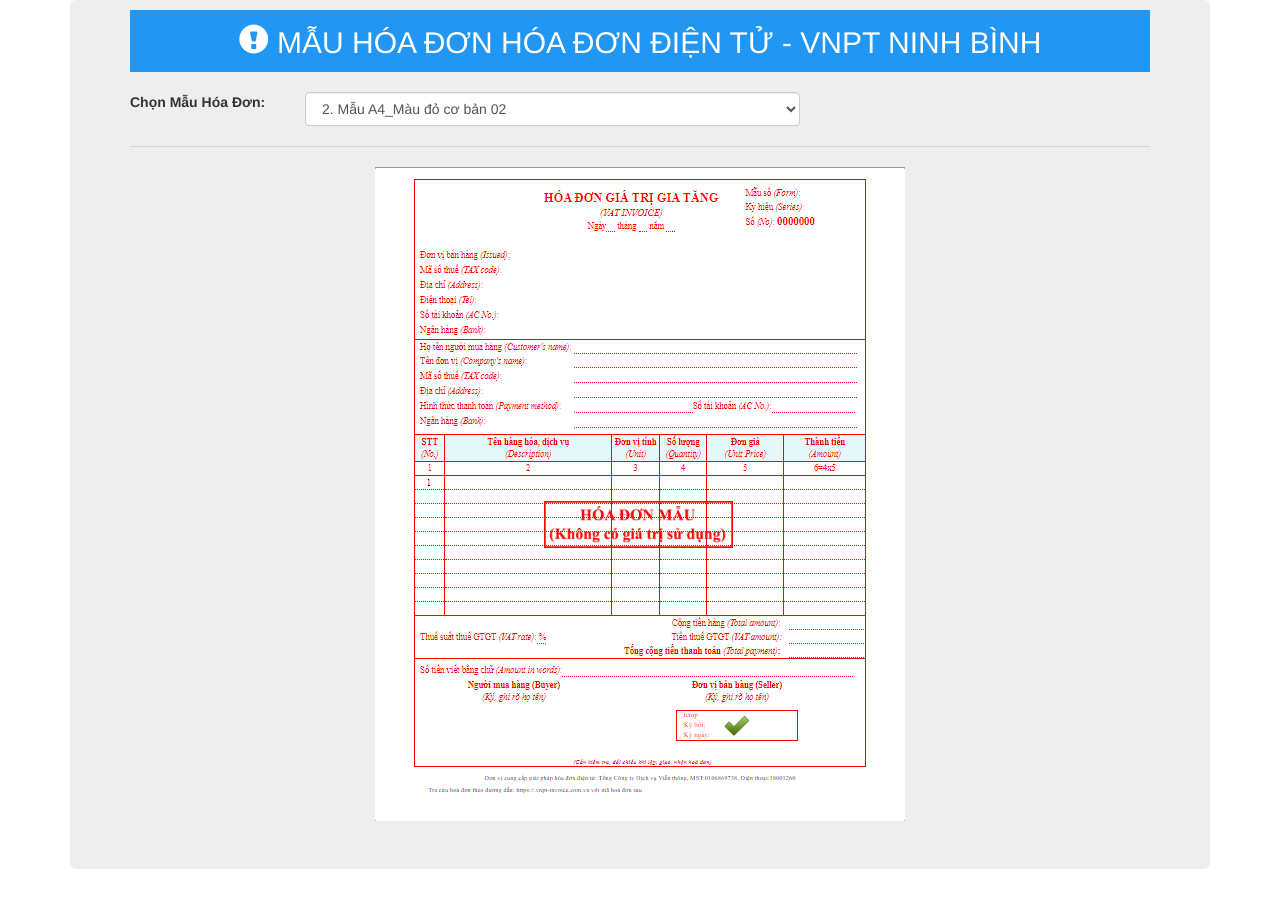
Repository: hoadonvnptninhbinh/hoadonvnptninhbinh
Page: index.html
The author's editor kept a copy of each file at every save. The page is drawn from the files as they stood at one save, then again after the next save.
The browser window is 1280 px wide. The pictures show the whole page.
After loading, the first visible `#selMHD` was changed once.

Above is the page before, as saved 2020-04-07 14:58:39.

### index.html
<!DOCTYPE html>
<html lang="en">
  <head>
    <meta charset="utf-8">
    <meta http-equiv="X-UA-Compatible" content="IE=edge">
    <meta name="viewport" content="width=device-width, initial-scale=1">
    <!-- The above 3 meta tags *must* come first in the head; any other head content must come *after* these tags -->
    <title>VNPT Ninh Bình - Mẫu Hóa Đơn HDĐT</title>

    <!-- Bootstrap -->
    <link href="plugin/bootstrap/css/bootstrap.min.css" rel="stylesheet">
    <link href="plugin/bootstrap/css/bootstrap-theme.min.css" rel="stylesheet">
    <link href="css/style.css" rel="stylesheet">

  </head>
  <body>
      <div class='container'>
          <div class="jumbotron">
            <div class="header">
                <h2 style="text-align: center;"><span class="glyphicon glyphicon-exclamation-sign"></span> MẪU HÓA ĐƠN HÓA ĐƠN ĐIỆN TỬ - VNPT NINH BÌNH</h2>
              </div>
            <div class="row">
                <div class="form-group">
                    <label for="inputPassword" class="col-sm-2 col-form-label">Chọn Mẫu Hóa Đơn:</label>
                    <div class="col-sm-6">
                        <select class="form-control" id="selMHD">
                            <option value="a4_01">1. Mẫu A4_Màu đỏ cơ bản</option>
                            <option value="a4_02">2. Mẫu A4_Màu đỏ cơ bản 02</option>
                            <option value="a4_03">3. Mẫu A4_Màu đỏ hoa văn</option>
                            <option value="a4_04">4. Mẫu A4_Màu đỏ trống đồng</option>
                            <option value="a4_05">5. Mẫu A4_Màu đồng hoa văn</option>
                            <option value="a4_06">6. Mẫu A4_Màu xanh cơ bản</option>
                            <option value="a4_07">7. Mẫu A4_Màu xanh không trống đồng</option>
                            <option value="a4_08">8. Mẫu A4_Màu xanh trống đồng 02</option>
                            <option value="a4_09">9. Mẫu A4_Màu xanh trống đồng</option>
                            <option value="a5_01">10. Mẫu A5_Bệnh viện</option>
                            <option value="a5_02">11. Mẫu A5_Biên lai</option>
                            <option value="a5_03">12. Mẫu A5_Hóa đơn</option>
                            <option value="a5_04">13. Mẫu A5_Trường học</option>
                          </select>
                    </div>
                </div>
            </div>
            <hr>
            <div class="row">
                <img class="select-mhd" id="image_hddt" src="image/a4_01.png"/>
            </div>
          </div>
      </div>

    <!-- jQuery (necessary for Bootstrap's JavaScript plugins) -->
    <script src="js/jquery.min.js"></script>
    <!-- Include all compiled plugins (below), or include individual files as needed -->
    <script src="plugin/bootstrap/js/bootstrap.min.js"></script>
    <script src="js/index.js"></script>

  </body>
</html>

### css/style.css
.alert {
    padding: 0px !important;
}

.select-mhd {
    display: block;
    margin: 0 auto;
}


.jumbotron {
    padding-top: 10px !important;
}

.header {
    color: #fff!important;
    background-color: #2196F3!important;
    padding: 3px 0px;
    margin-bottom: 20px !important;
}

h2 {
    margin-top: 10px !important;
}

### js/index.js
$(function() {
    $('#selMHD').change(function() {
        var srcImage = 'image/' + $(this).val() + '.png';
        $("#my_image").attr("src", srcImage);
    });
})

Loaded but not shown: plugin/bootstrap/css/bootstrap.min.css (library); plugin/bootstrap/css/bootstrap-theme.min.css (library); js/jquery.min.js (library); plugin/bootstrap/js/bootstrap.min.js (library)

After the next save:
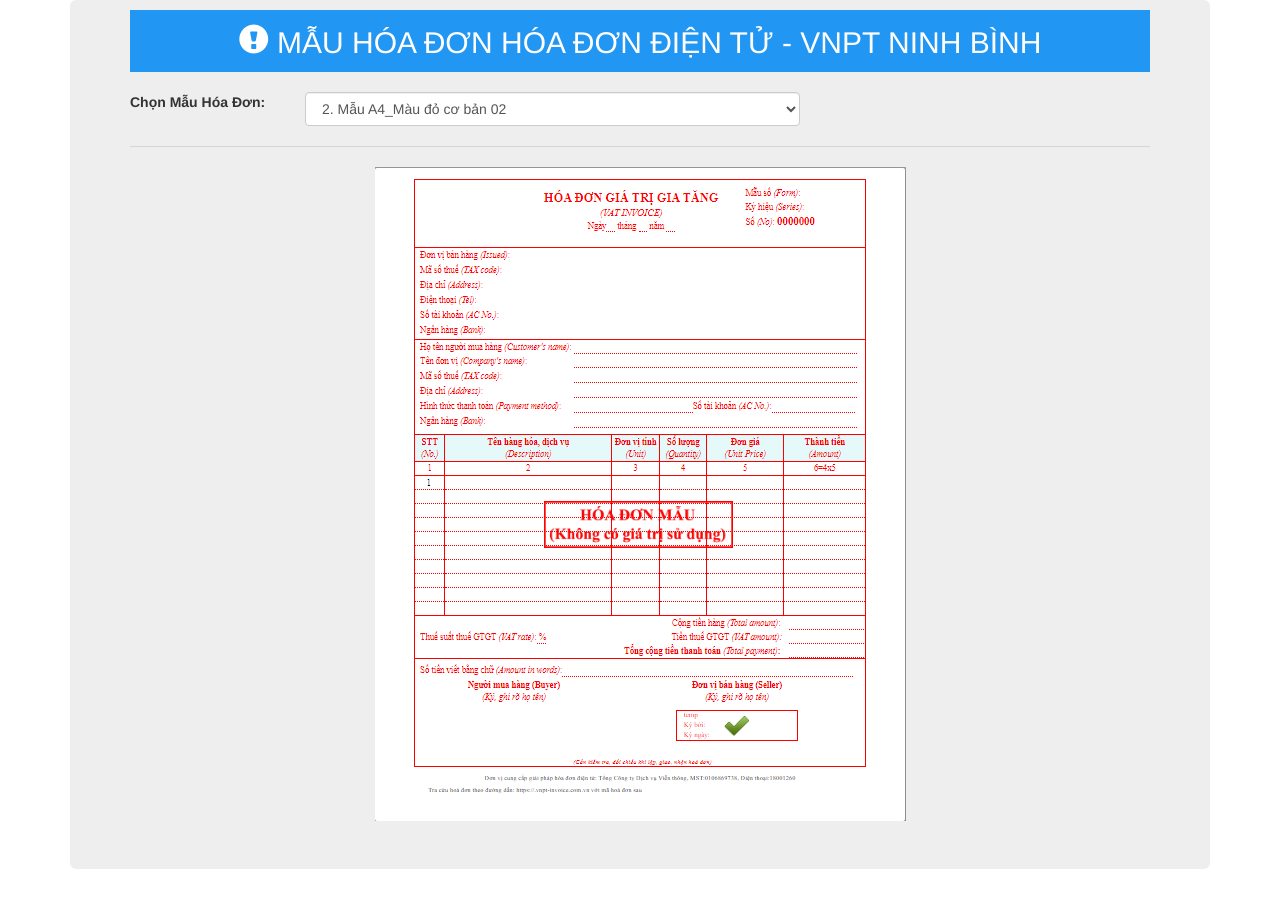
Saved 30 s later.
--- a/js/index.js
+++ b/js/index.js
@@ -1,6 +1,6 @@
 $(function() {
     $('#selMHD').change(function() {
         var srcImage = 'image/' + $(this).val() + '.png';
-        $("#my_image").attr("src", srcImage);
+        $("#image_hddt").attr("src", srcImage);
     });
 })
